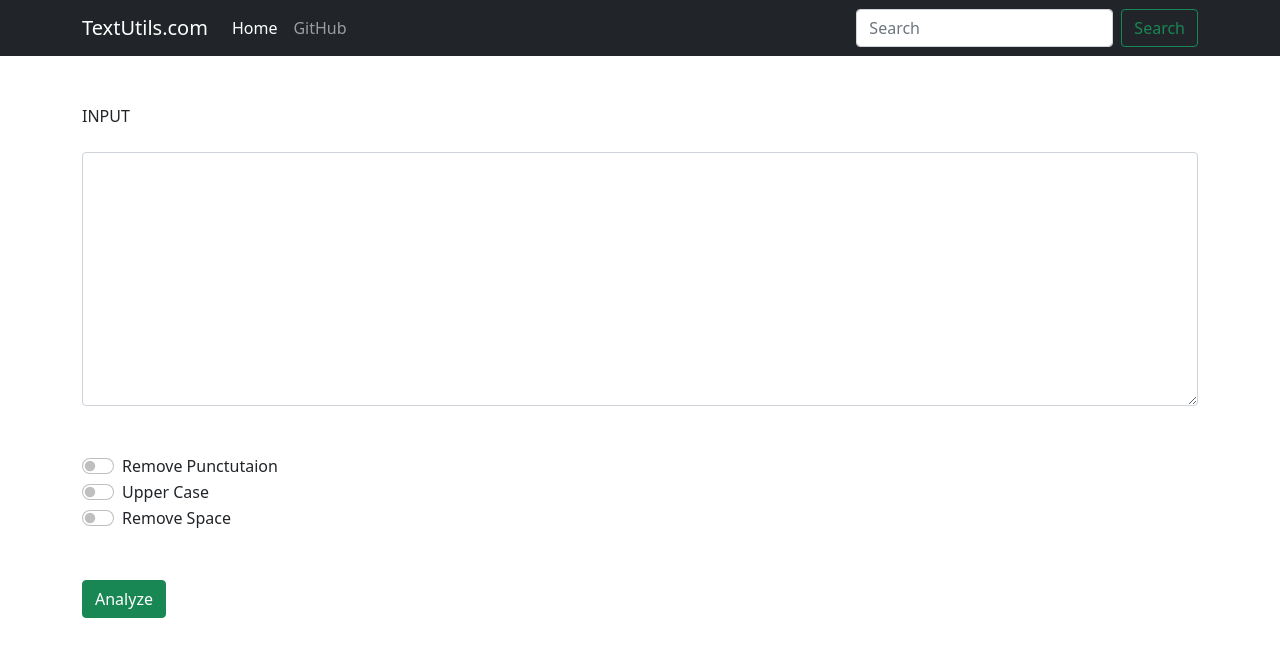
Repository: thenameisshreyank/Textutility
Page: templates/index.html
An editor plug-in stored every save of this project. The page is shown before and after the next save, followed by the edit.
The browser window is 1280 px wide. The pictures show the whole page.

Above is the page before, as saved 2022-04-15 11:07:25.

After the next save:
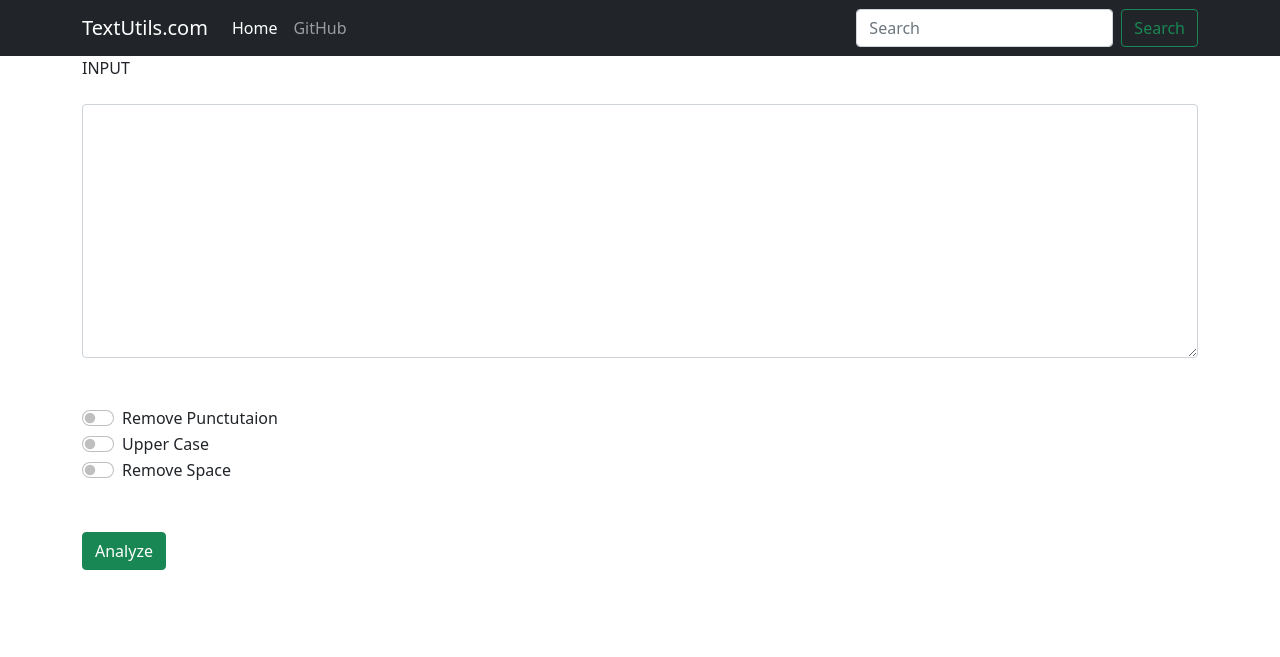
Saved 7 s later.
--- a/templates/index.html
+++ b/templates/index.html
@@ -34,7 +34,7 @@
             </form>
 
         </div>
-      </nav><br><br>
+      </nav>
       <form action="analyze" method="get">
         <div class="container">
 
